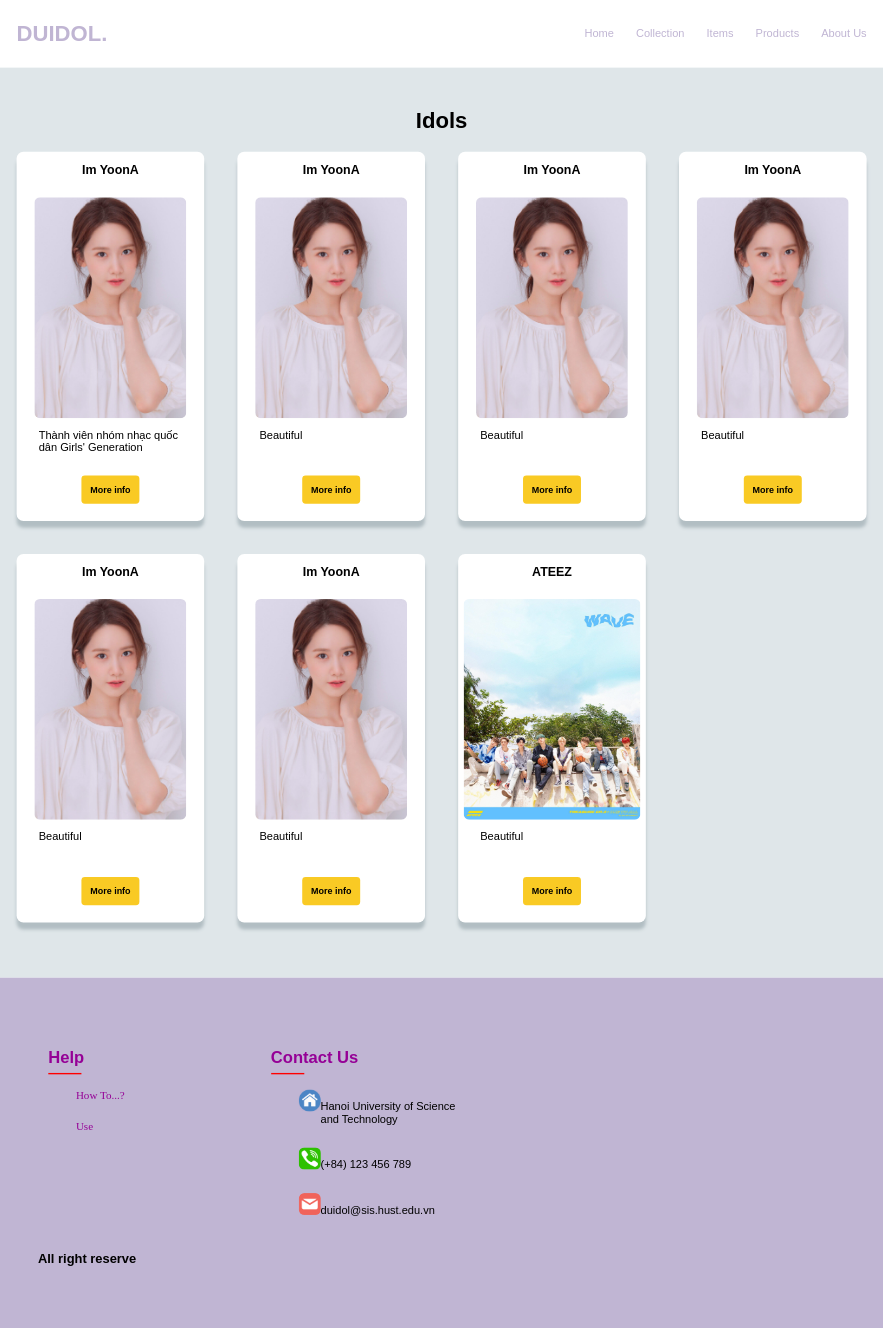
Repository: hangvtt183524/Cong_nghe_Web_va_dich_vu_truc_tuyen_20202
Page: ProjectWeb/src/View/html/idol_list.html
These files come from the project's save history. The page is drawn as it stood at one moment and after the next save; the edit follows.
The browser window is 1280 px wide. The pictures show the whole page, at 69% of full size.

Above is the page before, as saved 2021-05-06 15:09:38.

### ProjectWeb/src/View/html/idol_list.html
<html>
	<head>
		<title>Idol List</title>
		<link rel="stylesheet" href="../css/idol_list.css">
		<link rel="stylesheet" href="../css/welcome_page.css">
	</head>
	<body>
		<header>
			<a href="" class="logo">DUIDOL.</a>
            <ul class="navigation">
                <li><a href="">Home</a></li>
                <li><a href="">Collection</a></li>
                <li><a href="">Items</a></li>
                <li><a href="">Products</a></li>
                <li><a href="">About Us</a></li>
            </ul>
		</header>
		<section class="idol-list">
			<div>
				<h1 class="align-center">Idols</h1>
			</div>
			<div class="idol-container">
				<div class="card">
					<div class="name">Im YoonA</div>
					<div class="image">
						<img src="../image/yoona.jpg">
					</div>
					<div class="textblock">
					<div class="text">Thành viên nhóm nhạc quốc dân Girls' Generation</div>
					</div>
					<div>
						<div class="btnblock">
						<a href="../html/info.html" class="info-button">More info</a>
						</div>
					</div>
				</div>



				<div class="card">
					<div class="name">Im YoonA</div>
					<div class="image">
						<img src="../image/yoona.jpg">
					</div>
					<div class="textblock">
					<div class="text">Beautiful</div>
					</div>

					<div>
						<div class="btnblock">
						<a href="../html/info.html" class="info-button">More info</a>
						</div>
					</div>
				</div>



				<div class="card">
					<div class="name">Im YoonA</div>
					<div class="image">
						<img src="../image/yoona.jpg">
					</div>
					<div class="textblock">
					<div class="text">Beautiful</div>
					</div>
					<div>
						<div class="btnblock">
						<a href="../html/info.html" class="info-button">More info</a>
						</div>
					</div>
				</div>

				<div class="card">
					<div class="name">Im YoonA</div>
					<div class="image">
						<img src="../image/yoona.jpg">
					</div>
					<div class="textblock">
					<div class="text">Beautiful</div>
					</div>
					<div>
						<div class="btnblock">
						<a href="../html/info.html" class="info-button">More info</a>
						</div>
					</div>
				</div>

				<div class="card">
					<div class="name">Im YoonA</div>
					<div class="image">
						<img src="../image/yoona.jpg">
					</div>
					<div class="textblock">
					<div class="text">Beautiful</div>
					</div>
					<div>
						<div class="btnblock">
						<a href="../html/info.html" class="info-button">More info</a>
						</div>
					</div>
				</div>

				<div class="card">
					<div class="name">Im YoonA</div>
					<div class="image">
						<img src="../image/yoona.jpg">
					</div>
					<div class="textblock">
					<div class="text">Beautiful</div>
					</div>
					<div>
						<div class="btnblock">
						<a href="../html/info.html" class="info-button">More info</a>
						</div>
					</div>
				</div>

				<div class="card">
					<div class="name">ATEEZ</div>
					<div class="image">
						<img src="../image/ateez-list.jpg">
					</div>
					<div class="textblock">
					<div class="text">Beautiful</div>
					</div>
					<div>
						<div class="btnblock">
						<a href="../html/info.html" class="info-button">More info</a>
						</div>
					</div>
				</div>

			</div>
		</section>
		<footer>
			<div class="container">
				<div class="row">
					<div class="footer-col">
						<h4>Help</h4>
						<ul>
							<li><a href="">How to...?</a>
							<li><a href="">Use</a>
						</ul>
					</div>
					<div class="footer-col">
						<h4>Contact us</h4>
						<ul>
							<li><img src="../image/address_icon.jpg">
							<p>Hanoi University of Science and Technology</p>
							<li><img src="../image/phone_icon.png">
							<p>(+84) 123 456 789</p>
							<li><img src="../image/mail_icon.png">
							<p>duidol@sis.hust.edu.vn</p>
						</ul>
					</div>
				</div>
				<h3>All right reserve</h3>
			</div>
		</footer>

	</body>
</html>

### ProjectWeb/src/View/css/idol_list.css
body {
    font-family: sans-serif;
    margin: 0;
}

.idol-list {
	background-color:#dfe6e9;
	padding-bottom: 5em;
    align-items: center;
    padding-top: 2em;
}

h1 {
	font-size: 2em;
	font-weight: bold;
}
.idol-list .card {
	background-color: white;
	width: 16em;

	margin: auto;
	border-radius: 10px;
	padding: 1em;
	box-shadow: 0px 10px 5px #b2bec3;
	text-align: center;
	font-family: sans-serif;
	max-width: 75%;
	padding-bottom: 30px;
}
.idol-list .card:hover {
	box-shadow: 15px 15px 15px #b2bec3;
	background: #FFEAFF;
}
.card .name {
	font-size: 18px;
	font-weight: bold;
	padding-bottom: 0.7em;
}

.card .image {
	margin-top: 1em;
	width: 100%;
    height: 20em;
    position: relative;
}
.card .image img {
	max-height: 100%;
	border-radius: 0.5em;
	object-fit: cover;
	position: absolute;
	top: 50%;
    transform: translate(-50%, -50%);
}

.card .textblock {
	height: 4em;
	margin-left: 1em;
	margin-right: 1em;
	margin-top: 1em;
	margin-bottom: 0.5em;
}

.card .textblock .text {
	text-align: left;
	font-size: 1rem;
}

.card .btnblock {
	margin-top: 1em;
	margin-bottom: 0.5em;
}

.info-button {
	background-color: #f9ca24;
	color: black;
	border: none;
	padding: 1em;
	border-radius: 5px;
	font-weight: bold;
	font-size: 13px;
	text-decoration: none;
}

.info-button:hover {
	box-shadow: 0px 5px 5px #b2bec3;
	color: #eb4db4;
}

.idol-container {
	display: grid;
	grid-template-columns: repeat(4, 1fr);
	grid-row-gap: 3em;
}

.align-center {
	text-align: center;
}

footer {
	background-color: #c0b5d3;
	padding: 70px 0;
}

footer .container {
	max-width: 1170px;
	margin: auto;
}

.footer-col {
	width: 25%;
	padding: 0 15px;
}
.footer-col h4 {
	font-size: 1.5em;
	color: #950096;
	text-transform: capitalize;
	position: relative;

}

.footer-col h4::before {
	content: '';
	position: absolute;
	left: 0;
	bottom: -10px;
	height: 2px;
	background-color: red;
	box-sizing: border-box;
	width: 2em;
}

.footer-col li {
	display: flex;
	margin-bottom: 16px;
}
.footer-col ul li a {
	color: #950096;
	text-transform: capitalize;
	text-decoration: none;
	font-family: Poppins;

	font-size: 1em;
	margin-bottom: 10px;
	display: block;
}

.footer-col ul li a:hover {
	color: white;
	padding-left: 10px;


	}

.footer-col img {
	border-radius: 0.5em;
	max-height: 2em;
}

ul {
	list-style: none;
}

footer .container .h3 {
	color: white;
}

.container .row {
	display: flex;
	flex-wrap: wrap;
}

@media only screen and (max-width: 991px){
	.idol-container {
		grid-template-columns: 1fr;
	}
	.card {
        width: 25em;
    }
    .album .image {
        height: 25em;
    }
}

### ProjectWeb/src/View/css/welcome_page.css

body {
    margin: 0;
    font-family: sans-serif;
}
.bg {
    display: grid;
    grid-template-columns: 2fr 1fr;
    background-color: #c0b5d3;
}
.bg2 img {
    width: 100%;
}
.bg1 {
    display: flex;
    justify-content: center;
    align-items: center;
}
.bg1-1 h2 {
    font-size: 5rem;
    line-height: 0.1em;
    font-family: sans-serif;
    color: white;
    position: relative;
    z-index: 1;
}
.bg1-1 h2::before {
    content: ' ';
    position: absolute;
    width: 2.5em;
    height: 0.25em;
    background: #ab91d8;
    bottom: -35;
    z-index: -1;
    margin-left: -0.9em;
}
.bg1-1 p {
    font-size: 3rem;
    color: white;
    position: relative;
    z-index: 1;
}
.bg1-1 p::before {
    content: ' ';
    position: absolute;
    width: 2.5em;
    height: 0.3em;
    background: #ab91d8;
    bottom: 0;
    z-index: -1;
    margin-left: 10em;
}
.bg1-1 p span {
    font-size: 1.5rem;
    display: block;
    font-weight: 500;
}
header {
    background-color: white;
    padding: 1.5em;
    display: flex;
    justify-content: space-between;
    align-items: center;
}
.logo {
    font-weight: bold;
    text-decoration: none;
    font-size: 2em;
    color: #c0b5d3;
}
.navigation {
    display: flex;
    position: relative;
}
.navigation li {
    list-style: none;
    margin-left: 2em;
}
.navigation li a {
    text-decoration: none;
    font-size: 1em;
    color: #c0b5d3;
}

After the next save:
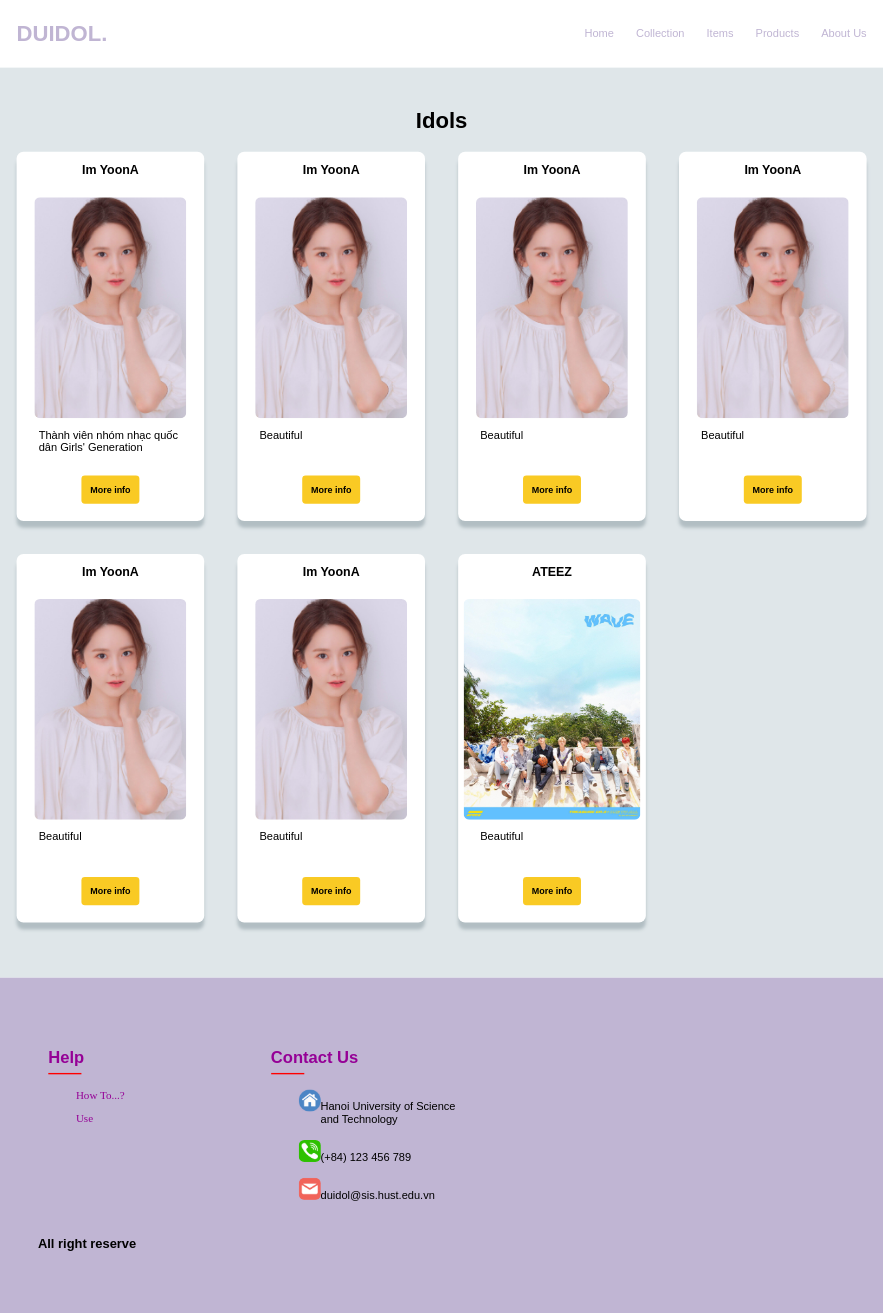
Saved 47 s later.
--- a/ProjectWeb/src/View/css/idol_list.css
+++ b/ProjectWeb/src/View/css/idol_list.css
@@ -131,7 +131,7 @@
 
 .footer-col li {
 	display: flex;
-	margin-bottom: 16px;
+	margin-bottom: 5px;
 }
 .footer-col ul li a {
 	color: #950096;
